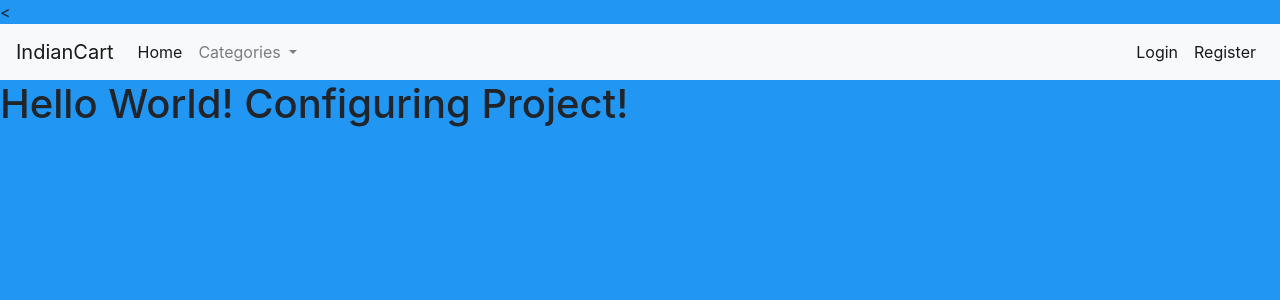
Repository: neerajchavan/E-Commerce-Project
Page: http://localhost/E-Commerce-Project/
The author's editor kept a copy of each file at every save. The page is drawn from the files as they stood at one save, then again after the next save.
The browser window is 1280 px wide. The pictures show the whole page.
Some web libraries are served in a nearby version. The page is served by Tomcat 9. Other server files are loaded and not shown.

Above is the page before, as saved 2020-10-07 14:52:49.

### E-Commerce-Project/WebContent/index.jsp
<%@ page language="java" contentType="text/html; charset=UTF-8"
    pageEncoding="UTF-8"%>
<!DOCTYPE html>
<html>

<head>
<meta charset="UTF-8">
<title>Insert title here</title>
<%@include file="Components/Common_JS_CSS.jsp" %>
</head>

<body>
	<%@include file="Components/navbar.jsp" %>
	<h1>Hello World! Configuring Project!</h1>
</body>

</html>

### E-Commerce-Project/WebContent/Components/Common_JS_CSS.jsp
<!-- CSS -->
<link rel="stylesheet" href="https://maxcdn.bootstrapcdn.com/bootstrap/4.0.0/css/bootstrap.min.css" integrity="sha384-Gn5384xqQ1aoWXA+058RXPxPg6fy4IWvTNh0E263XmFcJlSAwiGgFAW/dAiS6JXm" crossorigin="anonymous">
<<link rel="stylesheet" type="text/css" href="CSS/Style.css">

<!-- BOOTSTRAP -->
<script src="https://code.jquery.com/jquery-3.2.1.slim.min.js" integrity="sha384-KJ3o2DKtIkvYIK3UENzmM7KCkRr/rE9/Qpg6aAZGJwFDMVNA/GpGFF93hXpG5KkN" crossorigin="anonymous"></script>
<script src="https://cdnjs.cloudflare.com/ajax/libs/popper.js/1.12.9/umd/popper.min.js" integrity="sha384-ApNbgh9B+Y1QKtv3Rn7W3mgPxhU9K/ScQsAP7hUibX39j7fakFPskvXusvfa0b4Q" crossorigin="anonymous"></script>
<script src="https://maxcdn.bootstrapcdn.com/bootstrap/4.0.0/js/bootstrap.min.js" integrity="sha384-JZR6Spejh4U02d8jOt6vLEHfe/JQGiRRSQQxSfFWpi1MquVdAyjUar5+76PVCmYl" crossorigin="anonymous"></script>

<!-- JS -->
<script src="js/script.js"></script>

### E-Commerce-Project/WebContent/Components/navbar.jsp
<nav class="navbar navbar-expand-lg navbar-light bg-light">
  <a class="navbar-brand" href="#">IndianCart</a>
  <button class="navbar-toggler" type="button" data-toggle="collapse" data-target="#navbarSupportedContent" aria-controls="navbarSupportedContent" aria-expanded="false" aria-label="Toggle navigation">
    <span class="navbar-toggler-icon"></span>
  </button>

  <div class="collapse navbar-collapse" id="navbarSupportedContent">
    <ul class="navbar-nav mr-auto">
      <li class="nav-item active">
        <a class="nav-link" href="#">Home <span class="sr-only">(current)</span></a>
      </li>

      <li class="nav-item dropdown">
        <a class="nav-link dropdown-toggle" href="#" id="navbarDropdown" role="button" data-toggle="dropdown" aria-haspopup="true" aria-expanded="false">
          Categories
        </a>
        <div class="dropdown-menu" aria-labelledby="navbarDropdown">
          <a class="dropdown-item" href="#">Action</a>
          <a class="dropdown-item" href="#">Another action</a>
          <div class="dropdown-divider"></div>
          <a class="dropdown-item" href="#">Something else here</a>
        </div>
      </li>

    </ul>

	<ul class="navbar-nav ml-auto">
		<li class="nav-item active">
        	<a class="nav-link" href="Login.jsp">Login</a>
      </li>

      <li class="nav-item active">
        	<a class="nav-link" href="Register.jsp">Register</a>
      </li>

	</ul>
  </div>
</nav>

### E-Commerce-Project/WebContent/CSS/Style.css
body{
	background:#2196f3;
}

### E-Commerce-Project/WebContent/JS/Script.js
alert('Loading JS!')

After the next save:
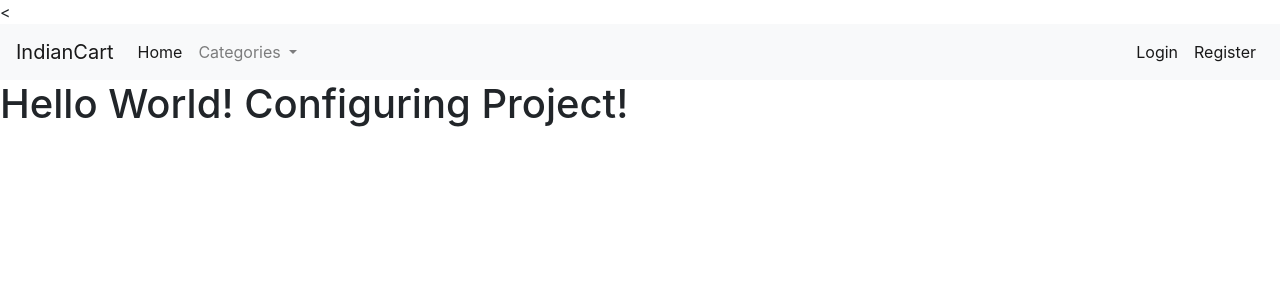
Saved 3 min 21 s later.
--- a/E-Commerce-Project/WebContent/CSS/Style.css
+++ b/E-Commerce-Project/WebContent/CSS/Style.css
@@ -1,3 +1,3 @@
-body{
+.custom-bg{
 	background:#2196f3;
 }
